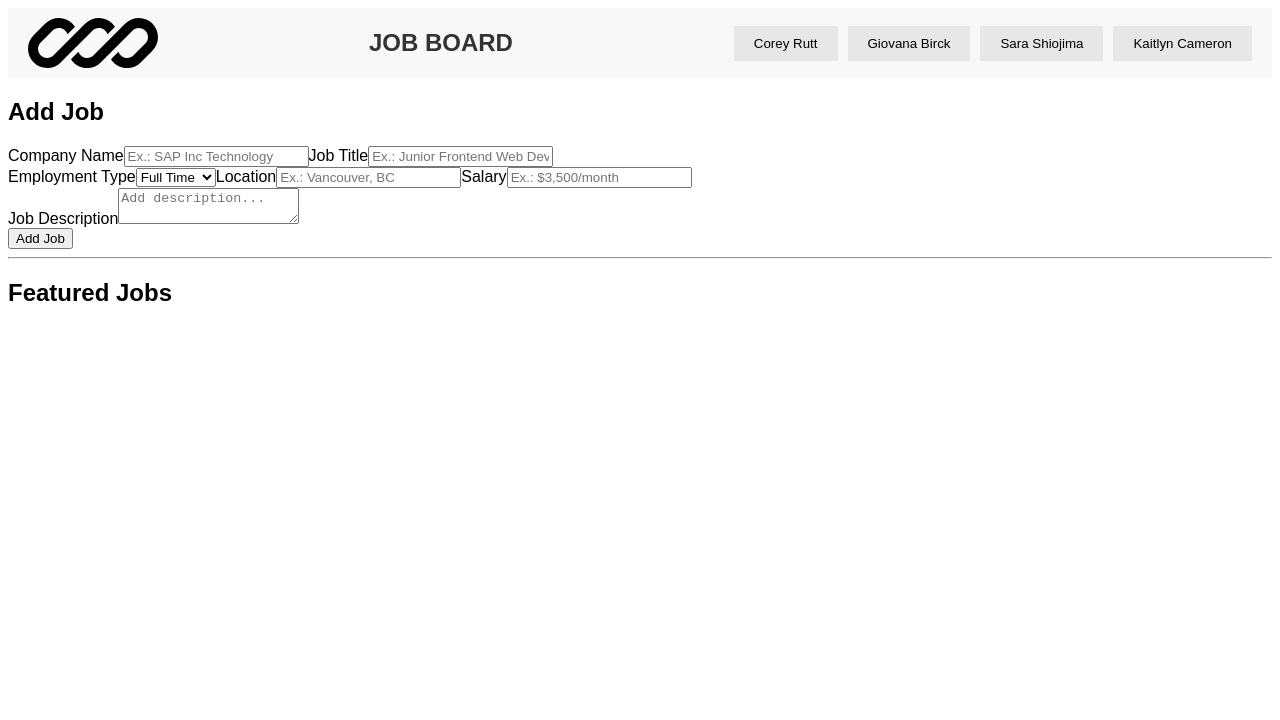
Repository: kcameron37/Final-Project-FrontEnd
Page: /
These files come from the project's save history. The page is drawn as it stood at one moment and after a run of saves; the edit follows.
The browser window is 1280 px wide. The pictures show the whole page.
The project was rebuilt for these pictures with package versions that can differ from the ones it lists, and the page was loaded fresh each time. Also part of the build but not shown: src/components/addJob.module.css.

Above is the page before, as saved 2023-11-14 19:56:33.

### src/App.js
import React, { useState } from 'react';

import styles from './styles.css';

import JobList from './components/JobList.js';
import AddJob from './components/AddJob.js';
import NavBar from './components/NavBar.js';


export default function App() {
  const [jobs, setJobs] = useState([]);

  const addJob = (job) => {
    setJobs([...jobs, job]);
  };

  const deleteJob = (index) => {
    const newJobs = jobs.filter((_, idx) => idx !== index);
    setJobs(newJobs);
  };

  return (
    <div className="App">
      <NavBar />
      <AddJob addJob={addJob} />
      <JobList jobs={jobs} deleteJob={deleteJob} />
    </div>
  );
}

### src/styles.css
.App {
  font-family: 'Rubik', sans-serif;
}

### src/components/JobList.js
import React from 'react';

export default function JobList({ jobs, deleteJob }) {
  return (
    <div>
      <hr />
      <h2>Featured Jobs</h2>
      {
        jobs.map((job, index) => (
          <div key={index} className="job-item">
            <h3>{job.jobTitle}</h3>
            <button onClick={() => console.log('Make Edit Do Something')}>Edit</button>
            <button onClick={() => deleteJob(index)}>Delete</button>
            <p>{job.companyName} • {job.employment} • {job.location} • {job.salary}</p>
            <p>{job.description}</p>
            <hr />
          </div>
        ))
      }
    </div>
  );
}

### src/components/AddJob.js
import React, { useState } from 'react';
import styles from './addJob.module.css';


export default function AddJob({ addJob }) {

    const [job, setJob] = useState({
        companyName: '',
        jobTitle: '',
        employment: 'Full Time',
        location: '',
        salary: '',
        description: ''
    });

    const handleSubmit = (e) => {
        e.preventDefault();
        addJob(job);
        setJob({ companyName: '', jobTitle: '', employment: 'Full Time', location: '', salary: '', description: '' });
    }

    const handleChange = (e) => {
        setJob({ ...job, [e.target.name]: e.target.value });
    };

    return (
        <form onSubmit={handleSubmit}>
            <h2>Add Job</h2>
            <div>
                <label>Company Name</label>
                <input
                    type="text"
                    name="companyName"
                    value={job.companyName}
                    onChange={handleChange}
                    placeholder="Ex.: SAP Inc Technology"
                />

                <label>Job Title</label>
                <input
                    type="text"
                    name="jobTitle"
                    value={job.jobTitle}
                    onChange={handleChange}
                    placeholder="Ex.: Junior Frontend Web Developer"
                />
            </div>

            <div>
                <label>Employment Type</label>
                <select name="employment" value={job.employment} onChange={handleChange}>
                    <option value="Full Time">Full Time</option>
                    <option value="Part Time">Part Time</option>
                </select>

                <label>Location</label>
                <input
                    type="text"
                    name="location"
                    value={job.location}
                    onChange={handleChange}
                    placeholder="Ex.: Vancouver, BC"
                />

                <label>Salary</label>
                <input
                    type="text"
                    name="salary"
                    value={job.salary}
                    onChange={handleChange}
                    placeholder="Ex.: $3,500/month"
                />
            </div>

            <div>
                <label>Job Description</label>
                <textarea
                    name="description"
                    value={job.description}
                    onChange={handleChange}
                    placeholder="Add description..."
                />
            </div>
            <button type="submit">Add Job</button>

            <div>

            </div>
        </form>
    );
}

### src/components/NavBar.js
import React from 'react';
import styles from './navBar.module.css';

export default function NavBar() {
    return (
        <div className={styles.navBar}>
            <img src="/images/logo.svg" alt="Logo" />
            <h2>JOB BOARD</h2>
            <div>
                <button>Corey Rutt</button>
                <button>Giovana Birck</button>
                <button>Sara Shiojima</button>
                <button>Kaitlyn Cameron</button>
            </div>
        </div>
    );
}

### src/components/navBar.module.css
.navBar {
    background-color: #f8f8f8;
    padding: 10px 20px;
    display: flex;
    align-items: center;
    justify-content: space-between;
  }

  .navBar img {
    height: 50px;
  }

  .navBar h2 {
    margin: 0;
    padding: 0;
    font-size: 24px;
    color: #333;
  }

  .navBar button {
    background-color: #e7e7e7;
    border: none;
    padding: 10px 20px;
    margin-left: 10px;
    cursor: pointer;
    transition: background-color 0.3s;
  }

  .navBar button:hover {
    background-color: #d7d7d7;
  }

Loaded but not shown: public/index.html (common file); src/index.js (common file)

After the next 3 saves:
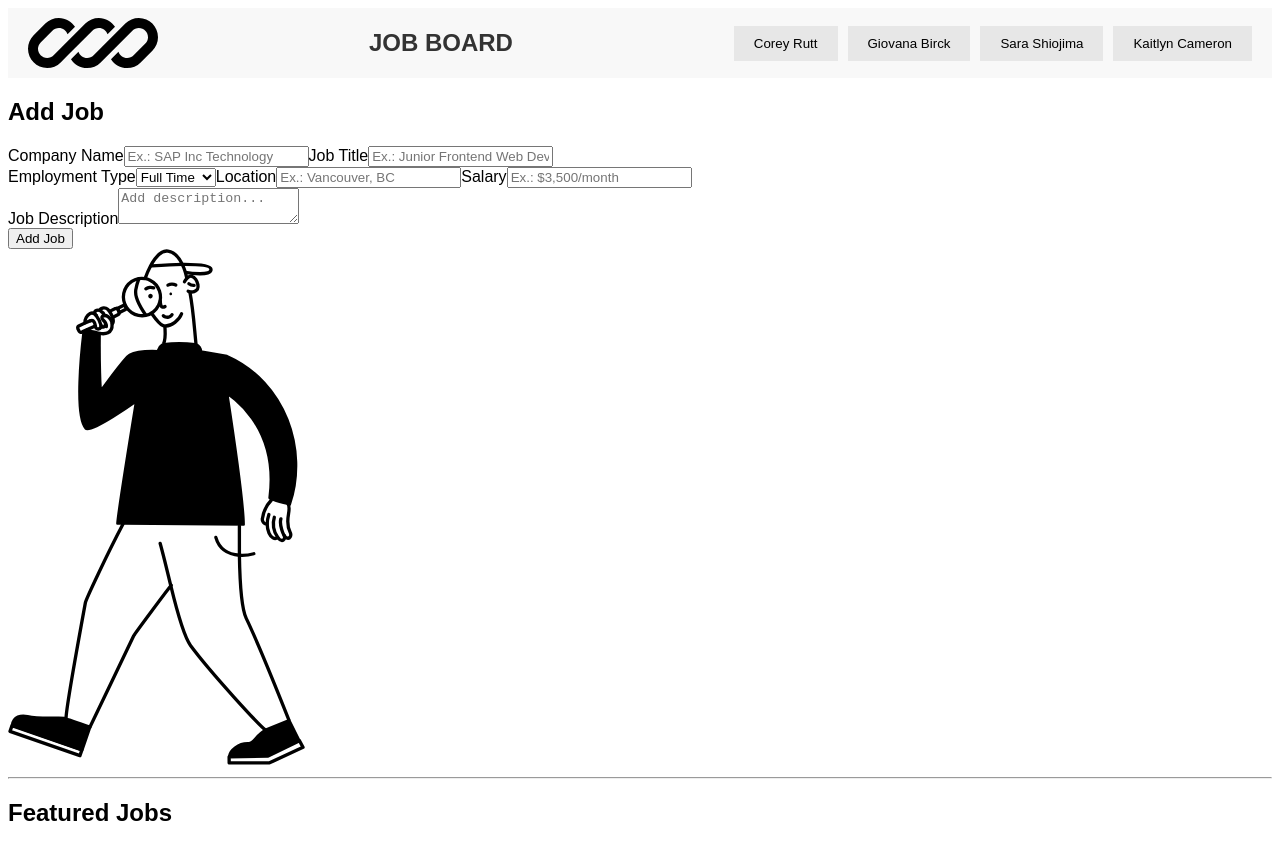
The 3 saves are shown as one change because they came seconds apart.
The last was saved 15 s later.
--- a/src/components/AddJob.js
+++ b/src/components/AddJob.js
@@ -84,7 +84,7 @@ export default function AddJob({ addJob }) {
             <button type="submit">Add Job</button>
 
             <div>
-
+            <img src="/images/man.svg" alt="Logo" />
             </div>
         </form>
     );
